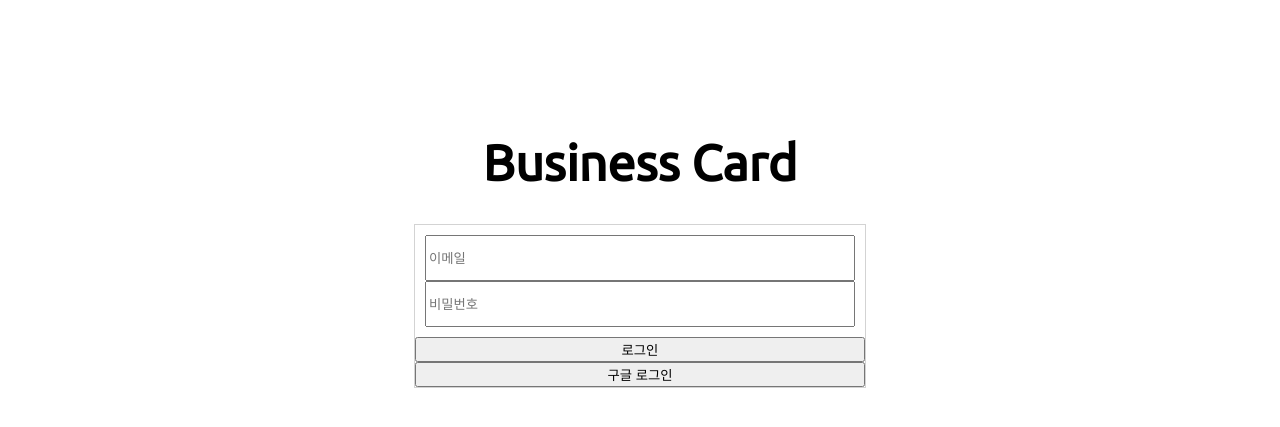
Repository: momo0170/react_businesscard
Page: /login
An editor plug-in stored every save of this project. The page is shown before and after the next save, followed by the edit.
The browser window is 1280 px wide. The pictures show the whole page.
The page's requests for data from a server got no answer. The project was rebuilt for these pictures with package versions that can differ from the ones it lists, and the page was loaded fresh each time. No one was signed in, and anything a server would have sent is missing.

Above is the page before, as saved 2022-08-10 19:45:52.

After the next save:
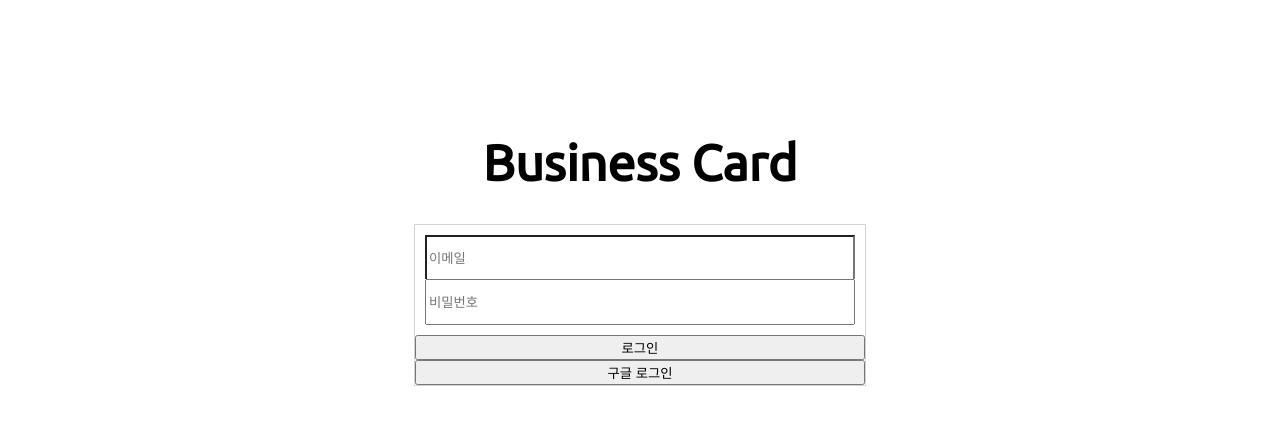
Saved 10 s later.
--- a/src/css/login.module.css
+++ b/src/css/login.module.css
@@ -28,7 +28,7 @@
 }
 
 .id {
-  border-box: none;
+  border-bottom: none;
 }
 
 .login {
